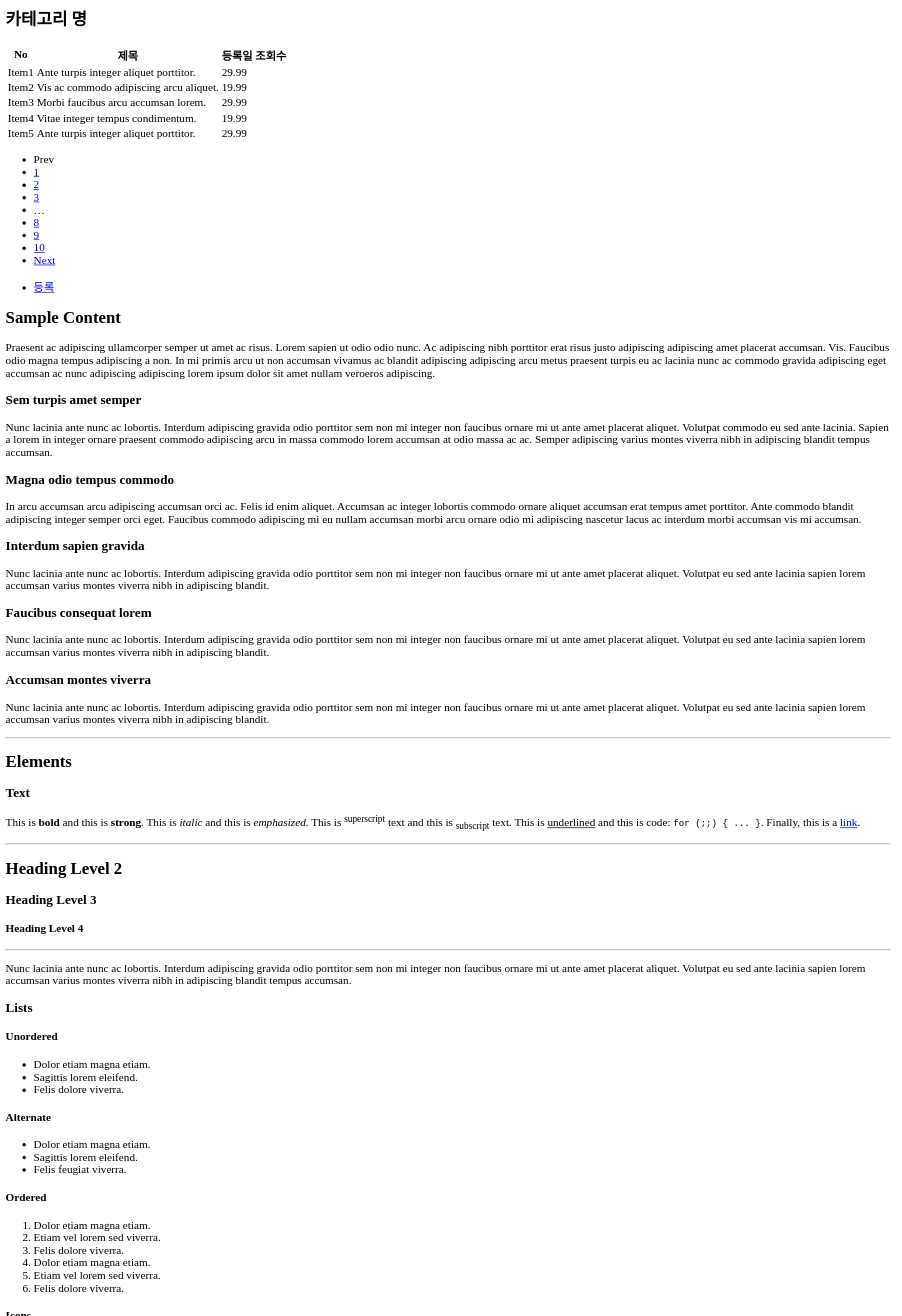
Repository: noCountJun/blog
Page: http://localhost/blogProject2/WEB-INF/views/board/boardDetail.jsp
The author's editor kept a copy of each file at every save. The page is drawn from the files as they stood at one save, then again after the next save.
The browser window is 1280 px wide. The page is 1288 px wide, so the pictures cover 1288 px, including what lies to the right of the window. The pictures show the part of the page from y = 0 to 1880 px (the page is 8114 px tall), at 70% of full size.
The page is served by Tomcat 9. Nobody is signed in. Other server files are loaded and not shown. The template is opened directly, without the code that normally fills it, so the values that code supplies are empty.

Above is the page before, as saved 2019-08-21 05:27:40.

### blogProject2/src/main/webapp/WEB-INF/views/board/boardDetail.jsp
<%@ page contentType="text/html; charset=utf-8" pageEncoding="utf-8"%>
<%@ taglib uri="http://java.sun.com/jsp/jstl/core" prefix="c" %>
<%@ page session="false" %>

<!-- Content -->
<section>
	<header class="main">
		<h1>카테고리 명</h1>
	</header>
	<div class="table-wrapper">
		<table>
			<thead>
				<tr>
					<th>No</th>
					<th>제목</th>
					<th>등록일</th>
					<th>조회수</th>
				</tr>
			</thead>
			<tbody>
				<tr>
					<td>Item1</td>
					<td>Ante turpis integer aliquet porttitor.</td>
					<td>29.99</td>
				</tr>
				<tr>
					<td>Item2</td>
					<td>Vis ac commodo adipiscing arcu aliquet.</td>
					<td>19.99</td>
				</tr>
				<tr>
					<td>Item3</td>
					<td> Morbi faucibus arcu accumsan lorem.</td>
					<td>29.99</td>
				</tr>
				<tr>
					<td>Item4</td>
					<td>Vitae integer tempus condimentum.</td>
					<td>19.99</td>
				</tr>
				<tr>
					<td>Item5</td>
					<td>Ante turpis integer aliquet porttitor.</td>
					<td>29.99</td>
				</tr>
			</tbody>
		</table>
	</div>
	<ul class="pagination">
		<li><span class="button disabled">Prev</span></li>
		<li><a href="#" class="page active">1</a></li>
		<li><a href="#" class="page">2</a></li>
		<li><a href="#" class="page">3</a></li>
		<li><span>&hellip;</span></li>
		<li><a href="#" class="page">8</a></li>
		<li><a href="#" class="page">9</a></li>
		<li><a href="#" class="page">10</a></li>
		<li><a href="#" class="button">Next</a></li>

	</ul>
	<ul class="actions">
		<li><a href="#" class="button">등록</a></li>
	</ul>

	<!-- Content -->
		<h2 id="content">Sample Content</h2>
		<p>Praesent ac adipiscing ullamcorper semper ut amet ac risus. Lorem sapien ut odio odio nunc. Ac adipiscing nibh porttitor erat risus justo adipiscing adipiscing amet placerat accumsan. Vis. Faucibus odio magna tempus adipiscing a non. In mi primis arcu ut non accumsan vivamus ac blandit adipiscing adipiscing arcu metus praesent turpis eu ac lacinia nunc ac commodo gravida adipiscing eget accumsan ac nunc adipiscing adipiscing lorem ipsum dolor sit amet nullam veroeros adipiscing.</p>
		<div class="row">
			<div class="col-6 col-12-small">
				<h3>Sem turpis amet semper</h3>
				<p>Nunc lacinia ante nunc ac lobortis. Interdum adipiscing gravida odio porttitor sem non mi integer non faucibus ornare mi ut ante amet placerat aliquet. Volutpat commodo eu sed ante lacinia. Sapien a lorem in integer ornare praesent commodo adipiscing arcu in massa commodo lorem accumsan at odio massa ac ac. Semper adipiscing varius montes viverra nibh in adipiscing blandit tempus accumsan.</p>
			</div>
			<div class="col-6 col-12-small">
				<h3>Magna odio tempus commodo</h3>
				<p>In arcu accumsan arcu adipiscing accumsan orci ac. Felis id enim aliquet. Accumsan ac integer lobortis commodo ornare aliquet accumsan erat tempus amet porttitor. Ante commodo blandit adipiscing integer semper orci eget. Faucibus commodo adipiscing mi eu nullam accumsan morbi arcu ornare odio mi adipiscing nascetur lacus ac interdum morbi accumsan vis mi accumsan.</p>
			</div>
			<!-- Break -->
			<div class="col-4 col-12-medium">
				<h3>Interdum sapien gravida</h3>
				<p>Nunc lacinia ante nunc ac lobortis. Interdum adipiscing gravida odio porttitor sem non mi integer non faucibus ornare mi ut ante amet placerat aliquet. Volutpat eu sed ante lacinia sapien lorem accumsan varius montes viverra nibh in adipiscing blandit.</p>
			</div>
			<div class="col-4 col-12-medium">
				<h3>Faucibus consequat lorem</h3>
				<p>Nunc lacinia ante nunc ac lobortis. Interdum adipiscing gravida odio porttitor sem non mi integer non faucibus ornare mi ut ante amet placerat aliquet. Volutpat eu sed ante lacinia sapien lorem accumsan varius montes viverra nibh in adipiscing blandit.</p>
			</div>
			<div class="col-4 col-12-medium">
				<h3>Accumsan montes viverra</h3>
				<p>Nunc lacinia ante nunc ac lobortis. Interdum adipiscing gravida odio porttitor sem non mi integer non faucibus ornare mi ut ante amet placerat aliquet. Volutpat eu sed ante lacinia sapien lorem accumsan varius montes viverra nibh in adipiscing blandit.</p>
			</div>
		</div>

	<hr class="major" />

	<!-- Elements -->
		<h2 id="elements">Elements</h2>
		<div class="row gtr-200">
			<div class="col-6 col-12-medium">

				<!-- Text stuff -->
					<h3>Text</h3>
					<p>This is <b>bold</b> and this is <strong>strong</strong>. This is <i>italic</i> and this is <em>emphasized</em>.
					This is <sup>superscript</sup> text and this is <sub>subscript</sub> text.
					This is <u>underlined</u> and this is code: <code>for (;;) { ... }</code>.
					Finally, this is a <a href="#">link</a>.</p>
					<hr />
					<h2>Heading Level 2</h2>
					<h3>Heading Level 3</h3>
					<h4>Heading Level 4</h4>
					<hr />
					<p>Nunc lacinia ante nunc ac lobortis. Interdum adipiscing gravida odio porttitor sem non mi integer non faucibus ornare mi ut ante amet placerat aliquet. Volutpat eu sed ante lacinia sapien lorem accumsan varius montes viverra nibh in adipiscing blandit tempus accumsan.</p>

				<!-- Lists -->
					<h3>Lists</h3>
					<div class="row">
						<div class="col-6 col-12-small">

							<h4>Unordered</h4>
							<ul>
								<li>Dolor etiam magna etiam.</li>
								<li>Sagittis lorem eleifend.</li>
								<li>Felis dolore viverra.</li>
							</ul>

							<h4>Alternate</h4>
							<ul class="alt">
								<li>Dolor etiam magna etiam.</li>
								<li>Sagittis lorem eleifend.</li>
								<li>Felis feugiat viverra.</li>
							</ul>

						</div>
						<div class="col-6 col-12-small">

							<h4>Ordered</h4>
							<ol>
								<li>Dolor etiam magna etiam.</li>
								<li>Etiam vel lorem sed viverra.</li>
								<li>Felis dolore viverra.</li>
								<li>Dolor etiam magna etiam.</li>
								<li>Etiam vel lorem sed viverra.</li>
								<li>Felis dolore viverra.</li>
							</ol>

							<h4>Icons</h4>
							<ul class="icons">
								<li><a href="#" class="icon brands fa-twitter"><span class="label">Twitter</span></a></li>
								<li><a href="#" class="icon brands fa-facebook-f"><span class="label">Facebook</span></a></li>
								<li><a href="#" class="icon brands fa-instagram"><span class="label">Instagram</span></a></li>
								<li><a href="#" class="icon brands fa-github"><span class="label">Github</span></a></li>
								<li><a href="#" class="icon brands fa-dribbble"><span class="label">Dribbble</span></a></li>
								<li><a href="#" class="icon brands fa-tumblr"><span class="label">Tumblr</span></a></li>
							</ul>

						</div>
					</div>
					<h4>Definition</h4>
					<dl>
						<dt>Item1</dt>
						<dd>
							<p>Lorem ipsum dolor vestibulum ante ipsum primis in faucibus vestibulum. Blandit adipiscing eu felis iaculis volutpat ac adipiscing accumsan eu faucibus. Integer ac pellentesque praesent. Lorem ipsum dolor.</p>
						</dd>
						<dt>Item2</dt>
						<dd>
							<p>Lorem ipsum dolor vestibulum ante ipsum primis in faucibus vestibulum. Blandit adipiscing eu felis iaculis volutpat ac adipiscing accumsan eu faucibus. Integer ac pellentesque praesent. Lorem ipsum dolor.</p>
						</dd>
						<dt>Item3</dt>
						<dd>
							<p>Lorem ipsum dolor vestibulum ante ipsum primis in faucibus vestibulum. Blandit adipiscing eu felis iaculis volutpat ac adipiscing accumsan eu faucibus. Integer ac pellentesque praesent. Lorem ipsum dolor.</p>
						</dd>
					</dl>

					<h4>Actions</h4>
					<ul class="actions">
						<li><a href="#" class="button primary">Default</a></li>
						<li><a href="#" class="button">Default</a></li>
					</ul>
					<ul class="actions small">
						<li><a href="#" class="button primary small">Small</a></li>
						<li><a href="#" class="button small">Small</a></li>
					</ul>
					<div class="row">
						<div class="col-6 col-12-small">
							<ul class="actions stacked">
								<li><a href="#" class="button primary">Default</a></li>
								<li><a href="#" class="button">Default</a></li>
							</ul>
						</div>
						<div class="col-6 col-12-small">
							<ul class="actions stacked">
								<li><a href="#" class="button primary small">Small</a></li>
								<li><a href="#" class="button small">Small</a></li>
							</ul>
						</div>
						<div class="col-6 col-12-small">
							<ul class="actions stacked">
								<li><a href="#" class="button primary fit">Default</a></li>
								<li><a href="#" class="button fit">Default</a></li>
							</ul>
						</div>
						<div class="col-6 col-12-small">
							<ul class="actions stacked">
								<li><a href="#" class="button primary small fit">Small</a></li>
								<li><a href="#" class="button small fit">Small</a></li>
							</ul>
						</div>
					</div>

					<h4>Pagination</h4>
					<ul class="pagination">
						<li><span class="button disabled">Prev</span></li>
						<li><a href="#" class="page active">1</a></li>
						<li><a href="#" class="page">2</a></li>
						<li><a href="#" class="page">3</a></li>
						<li><span>&hellip;</span></li>
						<li><a href="#" class="page">8</a></li>
						<li><a href="#" class="page">9</a></li>
						<li><a href="#" class="page">10</a></li>
						<li><a href="#" class="button">Next</a></li>
					</ul>

				<!-- Blockquote -->
					<h3>Blockquote</h3>
					<blockquote>Lorem ipsum dolor vestibulum ante ipsum primis in faucibus vestibulum. Blandit adipiscing eu felis iaculis volutpat ac adipiscing accumsan eu faucibus. Integer ac pellentesque praesent. Lorem ipsum dolor. Lorem ipsum dolor vestibulum ante ipsum primis in faucibus vestibulum. Blandit adipiscing eu felis iaculis volutpat ac adipiscing accumsan eu faucibus.</blockquote>

				<!-- Table -->
					<h3>Table</h3>

					<h4>Default</h4>
					<div class="table-wrapper">
						<table>
							<thead>
								<tr>
									<th>Name</th>
									<th>Description</th>
									<th>Price</th>
								</tr>
							</thead>
							<tbody>
								<tr>
									<td>Item1</td>
									<td>Ante turpis integer aliquet porttitor.</td>
									<td>29.99</td>
								</tr>
								<tr>
									<td>Item2</td>
									<td>Vis ac commodo adipiscing arcu aliquet.</td>
									<td>19.99</td>
								</tr>
								<tr>
									<td>Item3</td>
									<td> Morbi faucibus arcu accumsan lorem.</td>
									<td>29.99</td>
								</tr>
								<tr>
									<td>Item4</td>
									<td>Vitae integer tempus condimentum.</td>
									<td>19.99</td>
								</tr>
								<tr>
									<td>Item5</td>
									<td>Ante turpis integer aliquet porttitor.</td>
									<td>29.99</td>
								</tr>
							</tbody>
							<tfoot>
								<tr>
									<td colspan="2"></td>
									<td>100.00</td>
								</tr>
							</tfoot>
						</table>
					</div>

					<h4>Alternate</h4>
					<div class="table-wrapper">
						<table class="alt">
							<thead>
								<tr>
									<th>Name</th>
									<th>Description</th>
									<th>Price</th>
								</tr>
							</thead>
							<tbody>
								<tr>
									<td>Item1</td>
									<td>Ante turpis integer aliquet porttitor.</td>
									<td>29.99</td>
								</tr>
								<tr>
									<td>Item2</td>
									<td>Vis ac commodo adipiscing arcu aliquet.</td>
									<td>19.99</td>
								</tr>
								<tr>
									<td>Item3</td>
									<td> Morbi faucibus arcu accumsan lorem.</td>
									<td>29.99</td>
								</tr>
								<tr>
									<td>Item4</td>
									<td>Vitae integer tempus condimentum.</td>
									<td>19.99</td>
								</tr>
								<tr>
									<td>Item5</td>
									<td>Ante turpis integer aliquet porttitor.</td>
									<td>29.99</td>
								</tr>
							</tbody>
							<tfoot>
								<tr>
									<td colspan="2"></td>
									<td>100.00</td>
								</tr>
							</tfoot>
						</table>
					</div>

			</div>
			<div class="col-6 col-12-medium">

				<!-- Buttons -->
					<h3>Buttons</h3>
					<ul class="actions">
						<li><a href="#" class="button primary">Primary</a></li>
						<li><a href="#" class="button">Default</a></li>
					</ul>
					<ul class="actions">
						<li><a href="#" class="button large">Large</a></li>
						<li><a href="#" class="button">Default</a></li>
						<li><a href="#" class="button small">Small</a></li>
					</ul>
					<ul class="actions">
						<li><a href="#" class="button primary large">Large</a></li>
						<li><a href="#" class="button primary">Default</a></li>
						<li><a href="#" class="button primary small">Small</a></li>
					</ul>
					<ul class="actions fit">
						<li><a href="#" class="button primary fit">Fit</a></li>
						<li><a href="#" class="button fit">Fit</a></li>
					</ul>
					<ul class="actions fit small">
						<li><a href="#" class="button primary fit small">Fit + Small</a></li>
						<li><a href="#" class="button fit small">Fit + Small</a></li>
					</ul>
					<ul class="actions">
						<li><a href="#" class="button primary icon solid fa-search">Icon</a></li>
						<li><a href="#" class="button icon solid fa-download">Icon</a></li>
					</ul>
					<ul class="actions">
						<li><span class="button primary disabled">Primary</span></li>
						<li><span class="button disabled">Default</span></li>
					</ul>

				<!-- Form -->
					<h3>Form</h3>

					<form method="post" action="#">
						<div class="row gtr-uniform">
							<div class="col-6 col-12-xsmall">
								<input type="text" name="demo-name" id="demo-name" value="" placeholder="Name" />
							</div>
							<div class="col-6 col-12-xsmall">
								<input type="email" name="demo-email" id="demo-email" value="" placeholder="Email" />
							</div>
							<!-- Break -->
							<div class="col-12">
								<select name="demo-category" id="demo-category">
									<option value="">- Category -</option>
									<option value="1">Manufacturing</option>
									<option value="1">Shipping</option>
									<option value="1">Administration</option>
									<option value="1">Human Resources</option>
								</select>
							</div>
							<!-- Break -->
							<div class="col-4 col-12-small">
								<input type="radio" id="demo-priority-low" name="demo-priority" checked>
								<label for="demo-priority-low">Low</label>
							</div>
							<div class="col-4 col-12-small">
								<input type="radio" id="demo-priority-normal" name="demo-priority">
								<label for="demo-priority-normal">Normal</label>
							</div>
							<div class="col-4 col-12-small">
								<input type="radio" id="demo-priority-high" name="demo-priority">
								<label for="demo-priority-high">High</label>
							</div>
							<!-- Break -->
							<div class="col-6 col-12-small">
								<input type="checkbox" id="demo-copy" name="demo-copy">
								<label for="demo-copy">Email me a copy</label>
							</div>
							<div class="col-6 col-12-small">
								<input type="checkbox" id="demo-human" name="demo-human" checked>
								<label for="demo-human">I am a human</label>
							</div>
							<!-- Break -->
							<div class="col-12">
								<textarea name="demo-message" id="demo-message" placeholder="Enter your message" rows="6"></textarea>
							</div>
							<!-- Break -->
							<div class="col-12">
								<ul class="actions">
									<li><input type="submit" value="Send Message" class="primary" /></li>
									<li><input type="reset" value="Reset" /></li>
								</ul>
							</div>
						</div>
					</form>

				<!-- Image -->
					<h3>Image</h3>

					<h4>Fit</h4>
					<span class="image fit"><img src="images/pic11.jpg" alt="" /></span>
					<div class="box alt">
						<div class="row gtr-50 gtr-uniform">
							<div class="col-4"><span class="image fit"><img src="images/pic01.jpg" alt="" /></span></div>
							<div class="col-4"><span class="image fit"><img src="images/pic02.jpg" alt="" /></span></div>
							<div class="col-4"><span class="image fit"><img src="images/pic03.jpg" alt="" /></span></div>
							<!-- Break -->
							<div class="col-4"><span class="image fit"><img src="images/pic03.jpg" alt="" /></span></div>
							<div class="col-4"><span class="image fit"><img src="images/pic01.jpg" alt="" /></span></div>
							<div class="col-4"><span class="image fit"><img src="images/pic02.jpg" alt="" /></span></div>
							<!-- Break -->
							<div class="col-4"><span class="image fit"><img src="images/pic02.jpg" alt="" /></span></div>
							<div class="col-4"><span class="image fit"><img src="images/pic03.jpg" alt="" /></span></div>
							<div class="col-4"><span class="image fit"><img src="images/pic01.jpg" alt="" /></span></div>
						</div>
					</div>

					<h4>Left &amp; Right</h4>
					<p><span class="image left"><img src="images/pic01.jpg" alt="" /></span>Lorem ipsum dolor sit accumsan interdum nisi, quis tincidunt felis sagittis eget. tempus euismod. Vestibulum ante ipsum primis in faucibus vestibulum. Blandit adipiscing eu felis iaculis volutpat ac adipiscing accumsan eu faucibus. Integer ac pellentesque praesent tincidunt felis sagittis eget. tempus euismod. Vestibulum ante ipsum primis sagittis eget. tempus euismod. Vestibulum ante ipsum primis in faucibus vestibulum. Blandit adipiscing eu felis iaculis volutpat ac adipiscing accumsan eu faucibus. Integer ac pellentesque praesent.</p>
					<p><span class="image right"><img src="images/pic02.jpg" alt="" /></span>Lorem ipsum dolor sit accumsan interdum nisi, quis tincidunt felis sagittis eget. tempus euismod. Vestibulum ante ipsum primis in faucibus vestibulum. Blandit adipiscing eu felis iaculis volutpat ac adipiscing accumsan eu faucibus. Integer ac pellentesque praesent tincidunt felis sagittis eget. tempus euismod. Vestibulum ante ipsum primis sagittis eget. tempus euismod. Vestibulum ante ipsum primis in faucibus vestibulum. Blandit adipiscing eu felis iaculis volutpat ac adipiscing accumsan eu faucibus. Integer ac pellentesque praesent.</p>

				<!-- Box -->
					<h3>Box</h3>
					<div class="box">
						<p>Felis sagittis eget tempus primis in faucibus vestibulum. Blandit adipiscing eu felis iaculis volutpat ac adipiscing accumsan eu faucibus. Integer ac pellentesque praesent tincidunt felis sagittis eget. tempus euismod. Magna sed etiam ante ipsum primis in faucibus vestibulum.</p>
					</div>

				<!-- Preformatted Code -->
					<h3>Preformatted</h3>
					<pre><code>i = 0;

while (!deck.isInOrder()) {
    print 'Iteration ' + i;
    deck.shuffle();
    i++;
}

print 'It took ' + i + ' iterations to sort the deck.';
</code></pre>

			</div>
		</div>

</section>

After the next save:
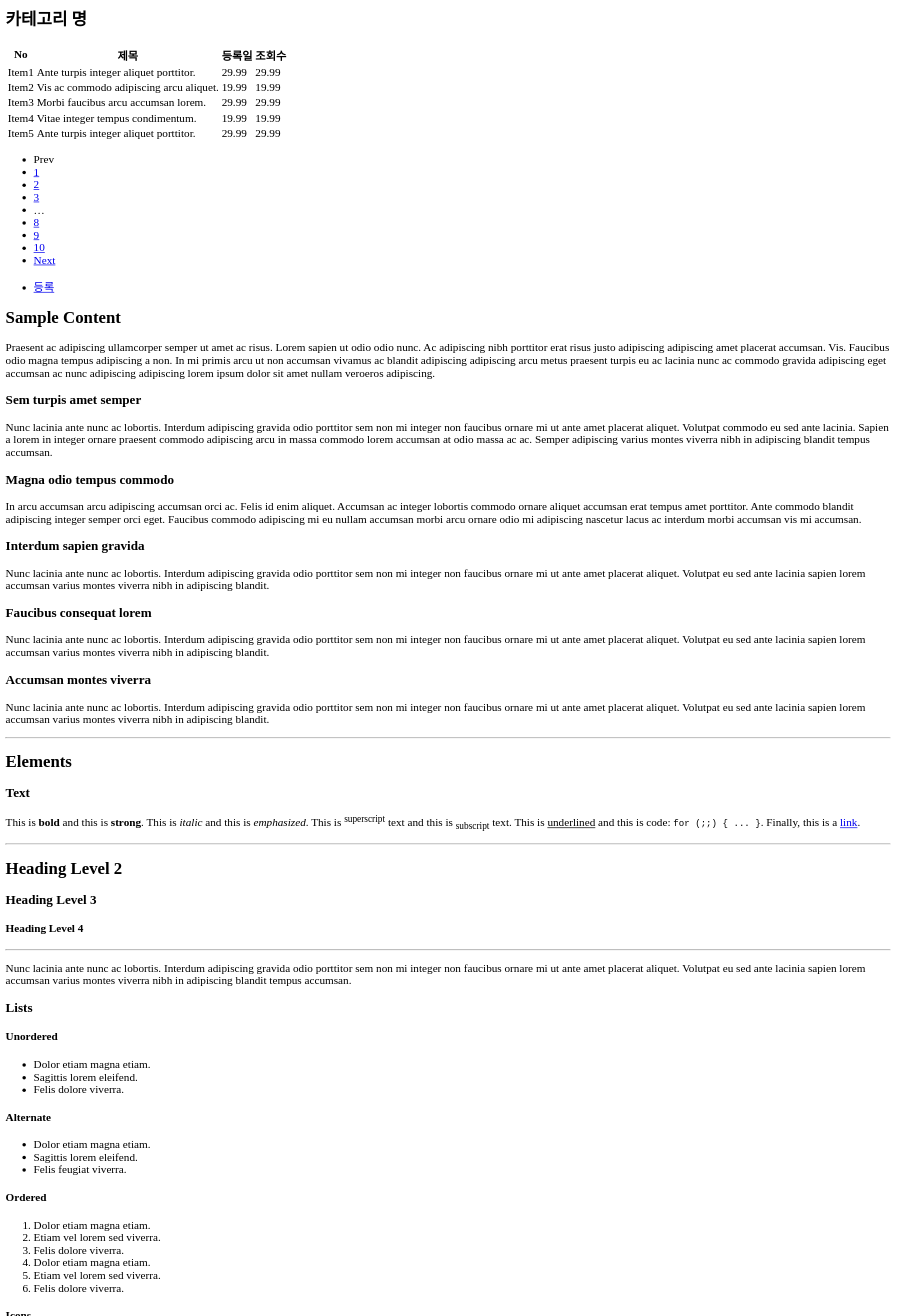
Saved 25 s later.
--- a/blogProject2/src/main/webapp/WEB-INF/views/board/boardDetail.jsp
+++ b/blogProject2/src/main/webapp/WEB-INF/views/board/boardDetail.jsp
@@ -22,25 +22,30 @@
 					<td>Item1</td>
 					<td>Ante turpis integer aliquet porttitor.</td>
 					<td>29.99</td>
+					<td>29.99</td>
 				</tr>
 				<tr>
 					<td>Item2</td>
 					<td>Vis ac commodo adipiscing arcu aliquet.</td>
 					<td>19.99</td>
+					<td>19.99</td>
 				</tr>
 				<tr>
 					<td>Item3</td>
 					<td> Morbi faucibus arcu accumsan lorem.</td>
+					<td>29.99</td>
 					<td>29.99</td>
 				</tr>
 				<tr>
 					<td>Item4</td>
 					<td>Vitae integer tempus condimentum.</td>
 					<td>19.99</td>
+					<td>19.99</td>
 				</tr>
 				<tr>
 					<td>Item5</td>
 					<td>Ante turpis integer aliquet porttitor.</td>
+					<td>29.99</td>
 					<td>29.99</td>
 				</tr>
 			</tbody>
